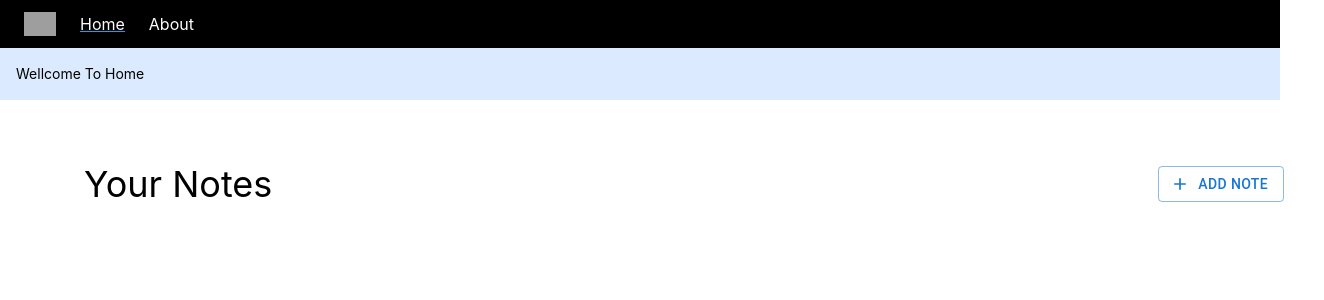
Repository: sonawaneteju4/iNote
Page: /
An editor plug-in stored every save of this project. The page is shown before and after the next save, followed by the edit.
The browser window is 1280 px wide. The page is 1324 px wide, so the pictures cover 1324 px, including what lies to the right of the window. The pictures show the whole page.
Pictures or frames that could not be fetched are drawn as grey boxes. The page's requests for data from a server got no answer. Some web libraries are served in a nearby version. The project was rebuilt for these pictures with package versions that can differ from the ones it lists, and the page was loaded fresh each time. No one was signed in, and anything a server would have sent is missing. Also part of the build but not shown: src/App.css, src/components/NoteModal.js, src/components/NoteCard.js, src/components/About.js.

Above is the page before, as saved 2022-10-12 01:07:19.

### public/index.html
<!DOCTYPE html>
<html lang="en">
  <head>
    <meta charset="utf-8" />
    <link rel="icon" href="%PUBLIC_URL%/favicon.ico" />
    <meta name="viewport" content="width=device-width, initial-scale=1" />
    <meta name="theme-color" content="#000000" />
    <meta
      name="description"
      content="Web site created using create-react-app"
    />
    <link rel="apple-touch-icon" href="%PUBLIC_URL%/logo192.png" />

    <link rel="manifest" href="%PUBLIC_URL%/manifest.json" />

    <title>iNote - Secured Notes On Cloud</title>
  </head>
  <body>
    <noscript>You need to enable JavaScript to run this app.</noscript>
    <script src="https://kit.fontawesome.com/61d960ae85.js" crossorigin="anonymous"></script>
    <div id="root"></div>
  </body>
</html>

### src/App.js
import "./App.css";
import { BrowserRouter, Routes, Route } from "react-router-dom";
import Navbar from "./components/Navbar";
import Home from "./components/Home";
import About from "./components/About";
import NoteState from "./context/notes/NoteAPIs";
import Alert from "./components/Alert";

function App() {
  return (
    <>
      <NoteState>
        <BrowserRouter>
          <Navbar />
          <Alert message="Wellcome To Home"/>
          <div className="container m-11">

          <Routes>
            <Route exact path="/" element={<Home />}></Route>
            <Route exact path="/about" element={<About />}></Route>
          </Routes>
          </div>
        </BrowserRouter>
      </NoteState>
    </>
  );
}

export default App;

### src/components/Navbar.js
import React, {useEffect} from 'react'
import { Link, useLocation } from 'react-router-dom'

const Navbar = () => {
  let location = useLocation();
  useEffect(() => {

  }, [location])

  return (
    <nav className='flex bg-black text-white sticky top-0'>
        <ul className='flex m-3'>
            <li className='px-3'><Link to="/"><img alt="Logo" className='h-6' src='https://i.ibb.co/yyD6c8M/i-NOTE-3.png'></img></Link></li>
            <li className={`px-3  ${location.pathname==='/'? "underline decoration-sky-500": ""}`}><Link to="/">Home</Link></li>
            <li className={`px-3  ${location.pathname==='/about'? "underline decoration-sky-500": ""}`}><Link to="/about">About</Link></li>
        </ul>

    </nav>
  )
}

export default Navbar

### src/components/Home.js
import React from 'react'
// import NoteState from '../context/notes/NoteState';
import Notes from './AllNotes';

const Home = () => {

  return (
    <div className='mx-10'>
      <Notes />
    </div>

  )
}

export default Home

### src/context/notes/NoteAPIs.js
import NoteContext from "./NoteContext";
import { useState } from "react";

const NoteAPIs = (props) => {
  const host = "http://localhost:5000"
  const notesInitial = []
  const [notes, setNotes] = useState(notesInitial)

  // Get all Notes
  const getNotes = async () => {
    // API Call
    const response = await fetch(`${host}/api/notes/fetchallnotes`, {
      method: 'GET',
      headers: {
        'Content-Type': 'application/json',
        "auth-token": "eyJhbGciOiJIUzI1NiIsInR5cCI6IkpXVCJ9.eyJ1c2VyIjp7ImlkIjoiNjM0MDJkNzU1M2FmOTliMGVlZjI2NTM0In0sImlhdCI6MTY2NTE1MDMyNX0.21oCHuWw9znwAh1XjjmkspjjhwBbkDeEM_QBgueLQc0"
      }
    });
    const json = await response.json()
    // console.log(json)
    setNotes(json)
  }

  // Add a Note
  const addNote = async (title, description, tag) => {
    // TODO: API Call
    // API Call
    const response = await fetch(`${host}/api/notes/addnote`, {
      method: 'POST',
      headers: {
        'Content-Type': 'application/json',
        "auth-token": "eyJhbGciOiJIUzI1NiIsInR5cCI6IkpXVCJ9.eyJ1c2VyIjp7ImlkIjoiNjM0MDJkNzU1M2FmOTliMGVlZjI2NTM0In0sImlhdCI6MTY2NTE1MDMyNX0.21oCHuWw9znwAh1XjjmkspjjhwBbkDeEM_QBgueLQc0"
      },
      body: JSON.stringify({title, description, tag})
    }).then(async (res) =>{
      if(res.status === 200){

        console.log("Note Saved Successful")
      }
      else{
        console.log("Failed to Save note")
      }
    });

    // console.log("Adding a new note")
    const note = {
      "_id": "61322f119553781a8ca8d0e08",
      "user": "6131dc5e3e4037cd4734a0664",
      "title": title,
      "description": description,
      "tag": tag,
      "date": "2021-09-03T14:20:09.668Z",
      "__v": 0
    };
    setNotes(notes.concat(note))
  }

  // Delete a Note
  const deleteNote = (id) => {
    // TODO: API Call
    console.log("Deleting the note with id" + id);
    const newNotes = notes.filter((note) => { return note._id !== id })
    setNotes(newNotes)
  }
  // Edit a Note
  const editNote = async (id, title, description, tag) => {
    // API Call
    const response = await fetch(`${host}/api/notes/updatenote/${id}`, {
      method: 'POST',
      headers: {
        'Content-Type': 'application/json',
        "auth-token": "eyJhbGciOiJIUzI1NiIsInR5cCI6IkpXVCJ9.eyJ1c2VyIjp7ImlkIjoiNjM0MDJkNzU1M2FmOTliMGVlZjI2NTM0In0sImlhdCI6MTY2NTE1MDMyNX0.21oCHuWw9znwAh1XjjmkspjjhwBbkDeEM_QBgueLQc0"
      },
      body: JSON.stringify({title, description, tag})
    });
    const json = response.json();
    console.log(json)

    // Logic to edit in client
    for (let index = 0; index < notes.length; index++) {
      const element = notes[index];
      if (element._id === id) {
        element.title = title;
        element.description = description;
        element.tag = tag;
      }

    }
  }

  return (
    <NoteContext.Provider value={{ notes, addNote, deleteNote, editNote, getNotes }}>
      {props.children}
    </NoteContext.Provider>
  )

}
export default NoteAPIs;

### src/components/Alert.js
import React from 'react'

const Alert = (props) => {
  return (
    <div className=''>
      <div className="flex p-4 mb-4 text-sm bg-blue-100 rounded-lgz text-black " role="alert">
  {props.message}
  </div>
    </div>
  )
}

export default Alert

### src/components/AllNotes.js
import React, { useState, useContext, useEffect } from "react";
import NoteContext from "../context/notes/NoteContext";
import NoteModal from "./NoteModal";
import NoteItem from "./NoteCard";
import Button from "@mui/material/Button";
import AddIcon from "@mui/icons-material/Add";

const Notes = () => {
  const context = useContext(NoteContext);
  const [showModal, setShowModal] = useState(false);
  const [showModalForUpdate, setShowModalForUpdate] = useState(false);
  const { notes, getNotes } = context;

  const [noteForUpdate, setNoteForUpdate] = useState();
  const forUpdate = true;
  useEffect(() => {
    getNotes();
  }, []);

  const updateNote = (n) => {
    setShowModalForUpdate(true);
    setNoteForUpdate(n);
  };

  return (
    <div>
      <div className="flex justify-between items-center">
        <h1 className="py-5 text-4xl">Your Notes</h1>
        <Button variant="outlined" className="border-2" startIcon={<AddIcon />} onClick={() => setShowModal(true)} >
          Add Note
        </Button>
        {showModal && <NoteModal closeModal={setShowModal} />}
        {showModalForUpdate && (
          <NoteModal
            closeModal={setShowModalForUpdate}
            noteForUpdate={noteForUpdate}
            forUpdate={forUpdate}
          />
        )}
      </div>

      <div className="flex flex-wrap">
        {notes.map((note) => {
          return (
            <div key={note._id} onClick={() => updateNote(note)}>
              <NoteItem note={note} />
            </div>
          );
        })}
      </div>
    </div>
  );
};

export default Notes;

Loaded but not shown: src/index.js (common file); src/index.css (common file); src/context/notes/NoteContext.js (common file); tailwind.config.js (common file)

After the next save:
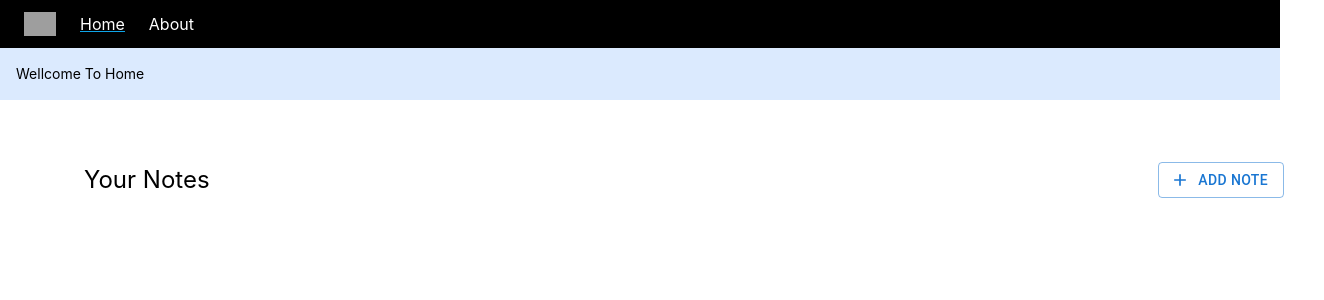
Saved 13 s later.
--- a/src/components/AllNotes.js
+++ b/src/components/AllNotes.js
@@ -25,7 +25,7 @@ const Notes = () => {
   return (
     <div>
       <div className="flex justify-between items-center">
-        <h1 className="py-5 text-4xl">Your Notes</h1>
+        <h1 className="py-5 text-2xl">Your Notes</h1>
         <Button variant="outlined" className="border-2" startIcon={<AddIcon />} onClick={() => setShowModal(true)} >
           Add Note
         </Button>
